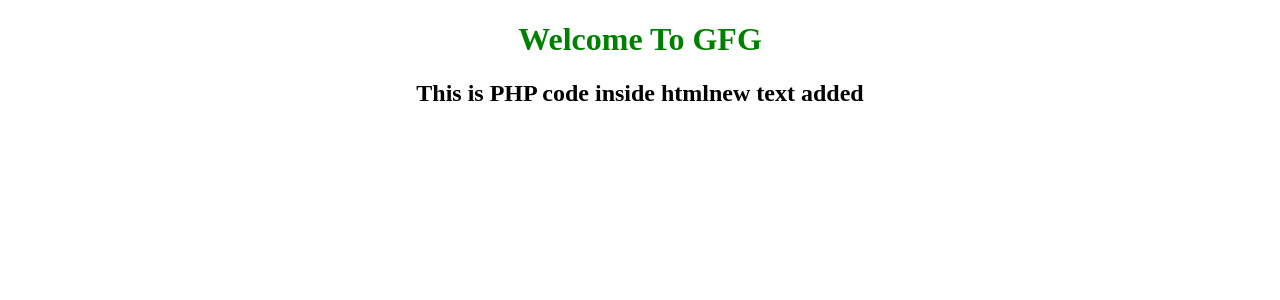
Repository: anish9914/phpprojectgh
Page: http://localhost/exsample1.php
These files come from the project's save history. The page is drawn as it stood at one moment and after the next save; the edit follows.
The browser window is 1280 px wide. The pictures show the whole page.
The page is run by PHP 8.4 with error messages shown; the project is at /var/www/html/.

Above is the page before, as saved 2022-12-14 10:58:19.

### exsample1.php
<!DOCTYPE html>
<html>

<head>
    <style>
        h1 {
            color: green;
        }
    </style>
</head>

<body>
    <center>
        <h1>Welcome To GFG</h1>

        <h2>
            <?php
            echo "This is PHP code inside html";
            echo "new text added"
            ?>
        </h2>
    </center>
</body>

</html>

After the next save:
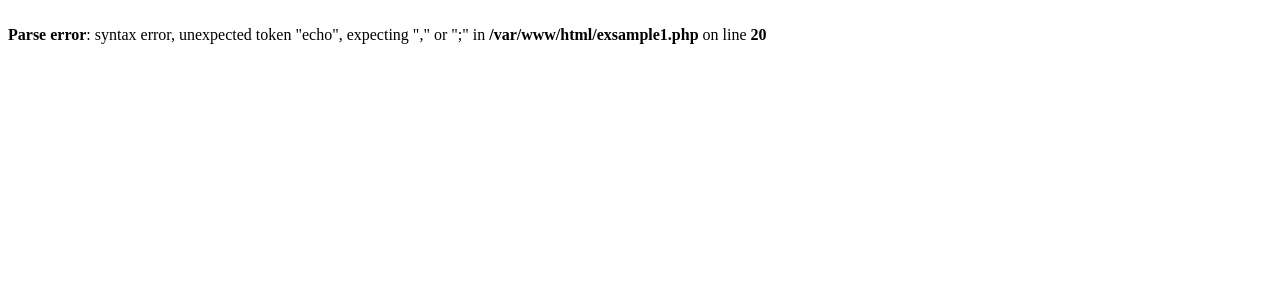
Saved 2 min 52 s later.
--- a/exsample1.php
+++ b/exsample1.php
@@ -17,6 +17,7 @@
             <?php
             echo "This is PHP code inside html";
             echo "new text added"
+            echo "new text added"
             ?>
         </h2>
     </center>

After the save that followed:
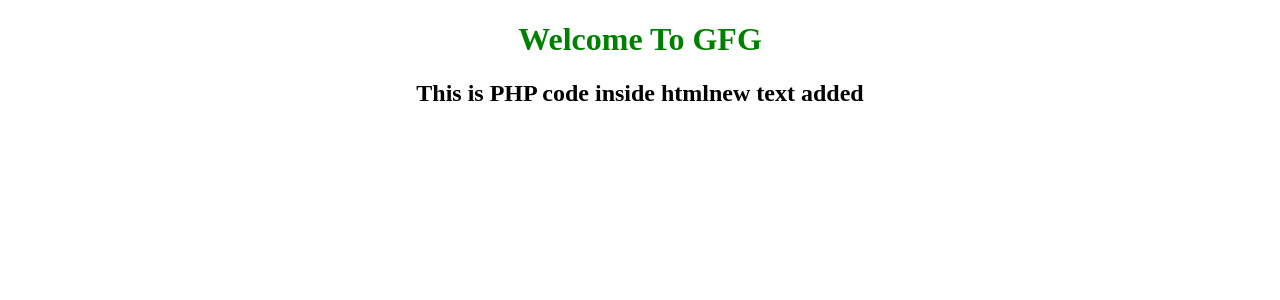
Saved 5 s later.
--- a/exsample1.php
+++ b/exsample1.php
@@ -17,7 +17,7 @@
             <?php
             echo "This is PHP code inside html";
             echo "new text added"
-            echo "new text added"
+
             ?>
         </h2>
     </center>
